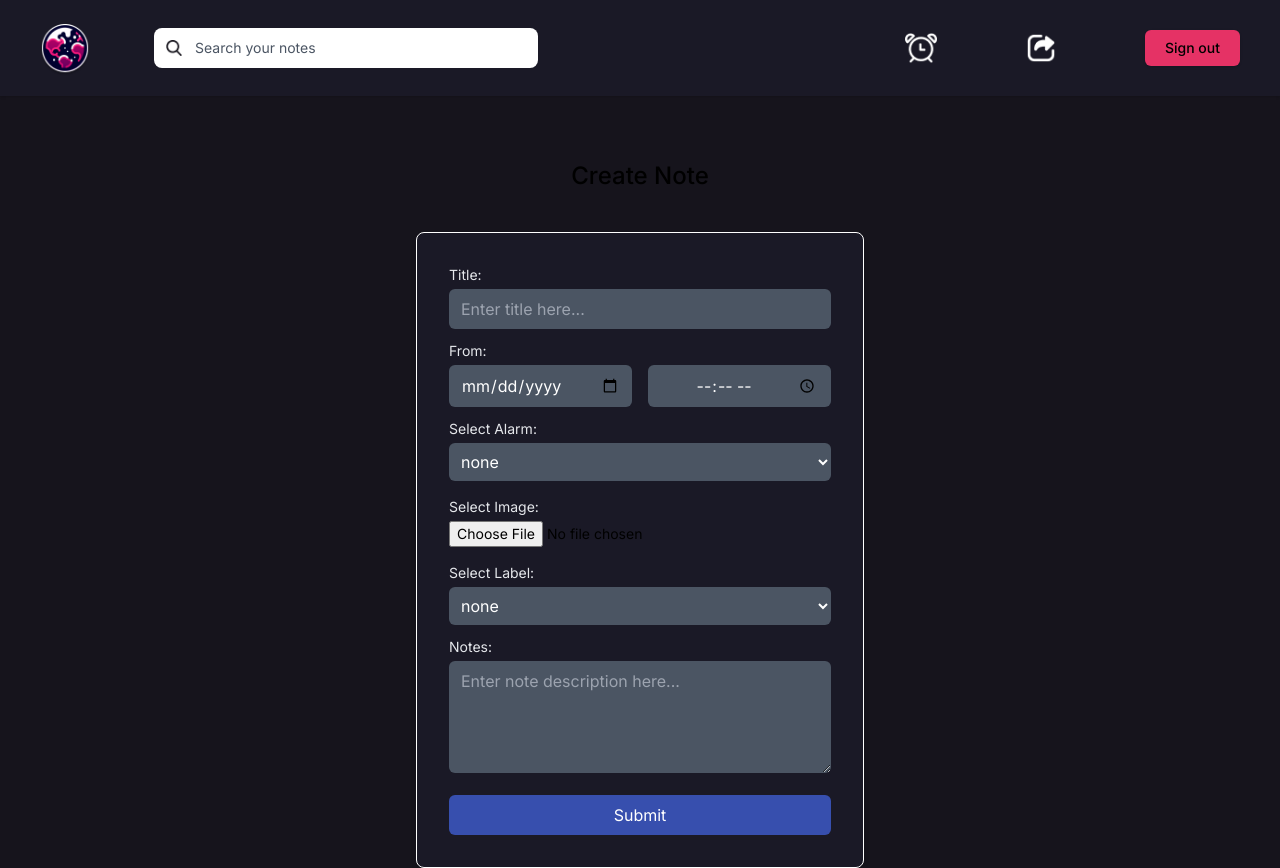
Repository: plan-it-earth/plan-it-earth
Page: /pages/calendar/createnote
The author's editor kept a copy of each file at every save. The page is drawn from the files as they stood at one save, then again after the next save.
The browser window is 1280 px wide. The pictures show the whole page.
The project was rebuilt for these pictures with package versions that can differ from the ones it lists, and the page was loaded fresh each time. The framework's server and built-in components were replaced by stand-ins that run in the browser. Also part of the build but not shown: next.config.mjs.

Above is the page before, as saved 2024-04-18 20:03:56.

After the next save:
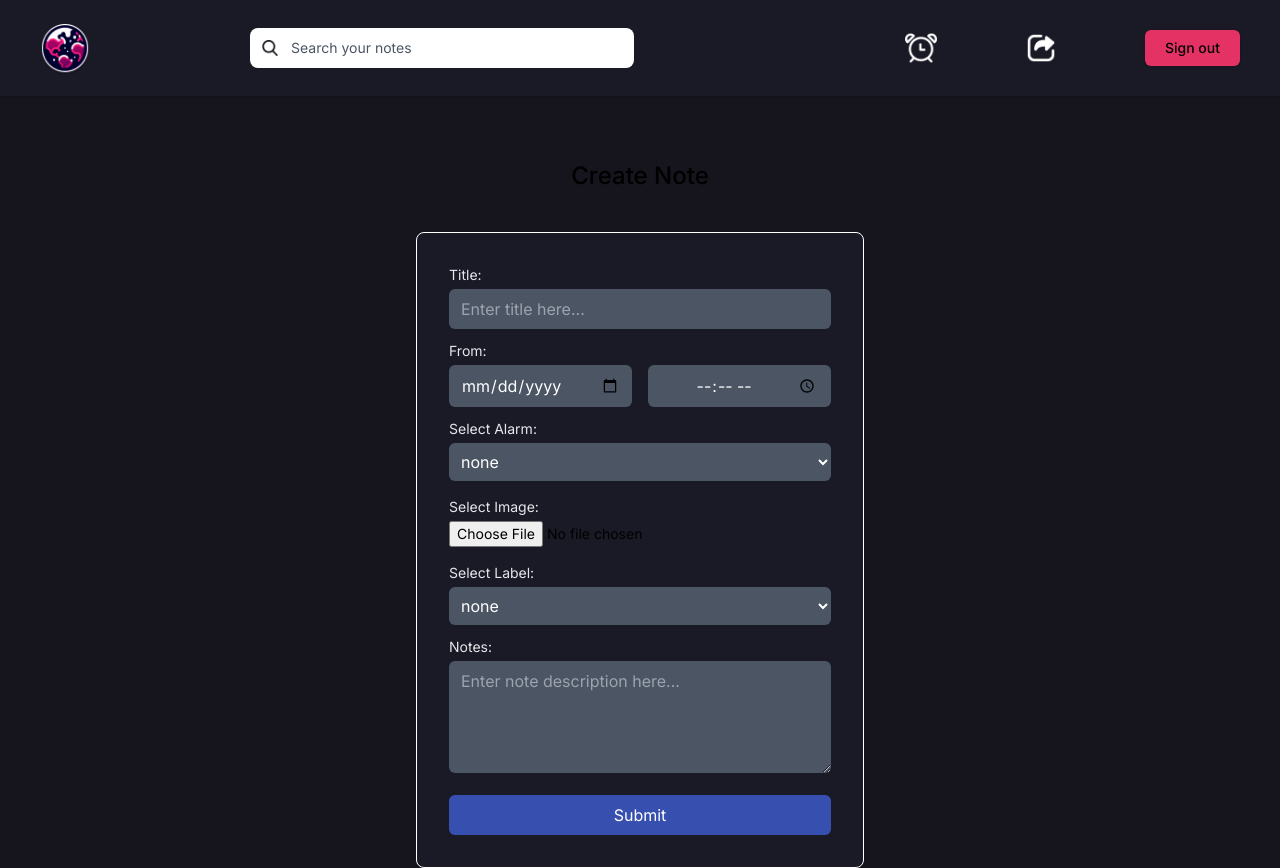
Saved 4 min 0 s later.
--- a/app/Components/Header.tsx
+++ b/app/Components/Header.tsx
@@ -42,7 +42,7 @@ export default function Header() {
     return (
         <div className="flex h-24 w-full px-2 py-5 bg-[#1A1926] shadow justify-between md:px-10">
             <Image onClick={routeToCalendar} src={logo} alt="Plan-It-Earth" height={50} width={50} className="h-30 w-30 mt-1 cursor-pointer hover:opacity-85 md:h-35 md:h-35"/>
-            {/*<div className="hidden w-24 lg:block"></div>*/}
+            <div className="hidden w-24 lg:block"></div>
             <Search />
             <div className="flex flex-row h-full items-center space-x-2 md:gap-20">
                 <Image onClick={routeToAlarm} src={alarm} alt="Alarm" height={35} width={35} className="h-8 w-8 cursor-pointer hover:opacity-85"/>
